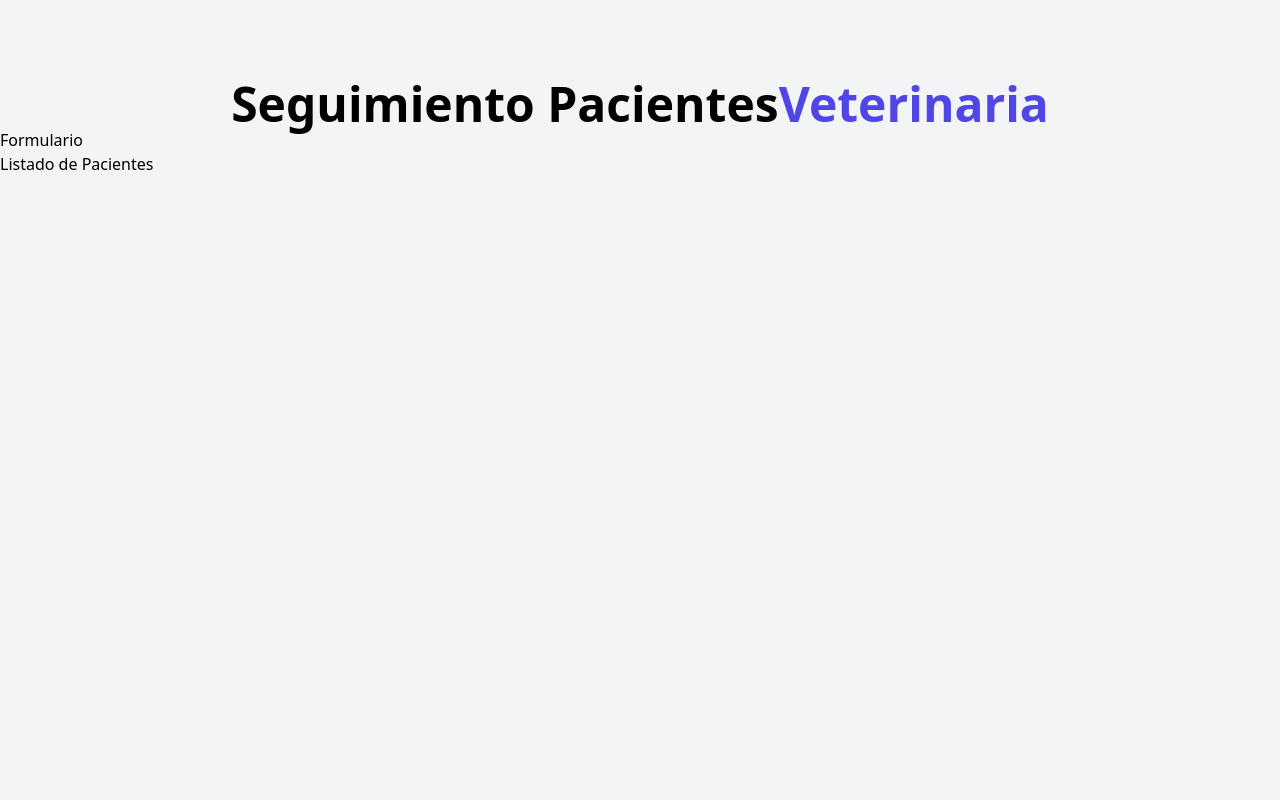
Repository: richardacb/citas_react_vite
Page: /
The author's editor kept a copy of each file at every save. The page is drawn from the files as they stood at one save, then again after a run of saves.
The browser window is 1280 px wide. The pictures show the whole page.
The project was rebuilt for these pictures with package versions that can differ from the ones it lists, and the page was loaded fresh each time. Also part of the build but not shown: vite.config.js.

Above is the page before, as saved 2022-12-17 02:21:16.

After the next 2 saves:
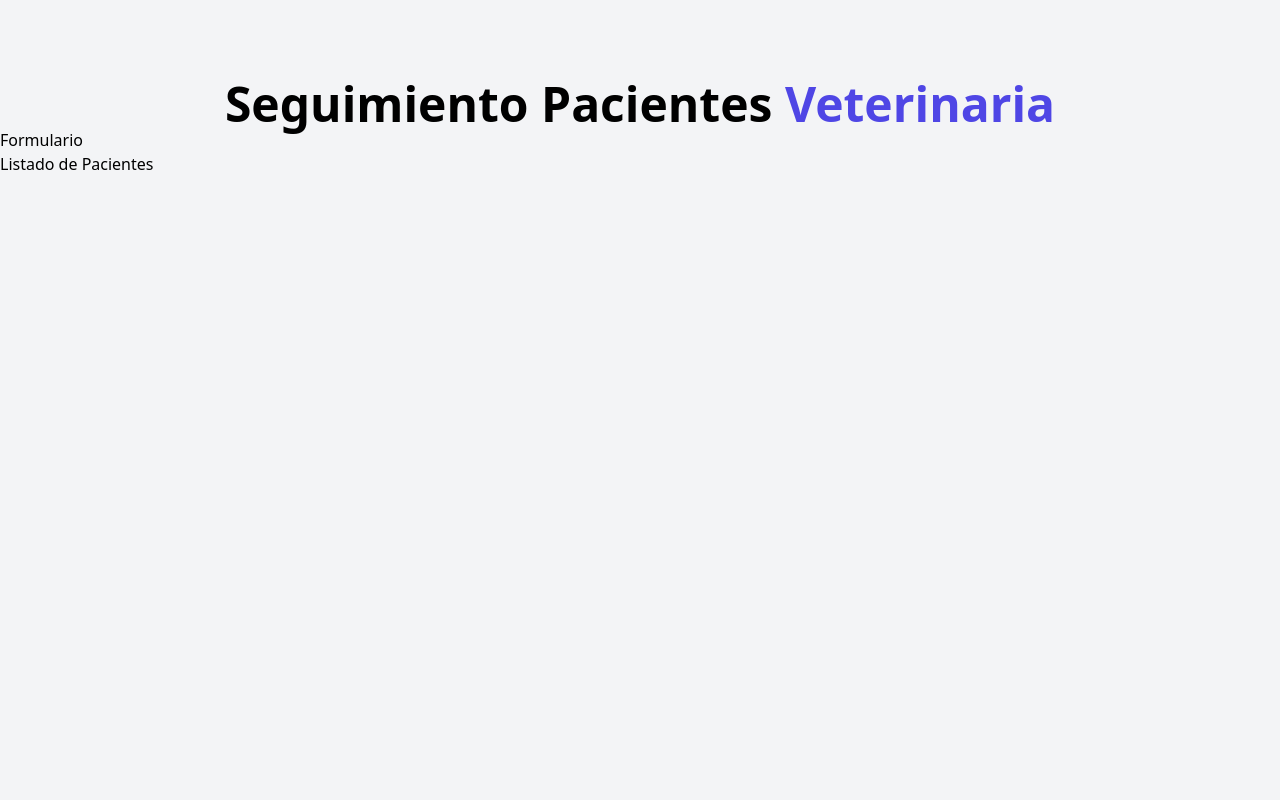
The 2 saves are shown as one change because they came seconds apart.
The last was saved 54 s later.
--- a/src/components/Header.jsx
+++ b/src/components/Header.jsx
@@ -1,7 +1,7 @@
 function Header() {
   return (
     <>
-        <h1 className="font-black text-5xl text-center">Seguimiento Pacientes
+        <h1 className="font-black text-5xl text-center">Seguimiento Pacientes {''}
          <span className="text-indigo-600">Veterinaria</span></h1>
     </>
   );
